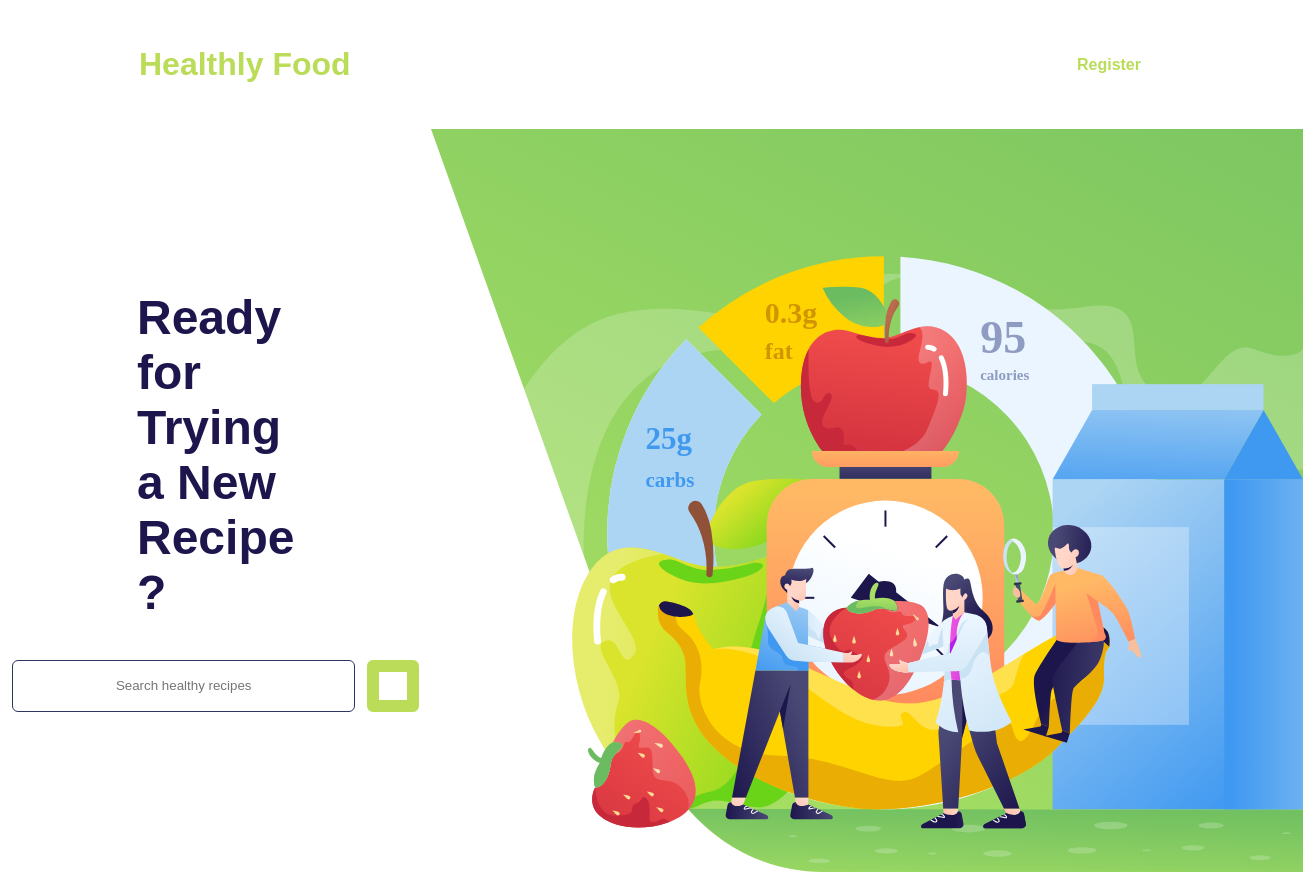
Repository: LuccaCasalecchi/HealthyFood
Page: /
An editor plug-in stored every save of this project. The page is shown before and after the next save, followed by the edit.
The browser window is 1280 px wide. The page is 1303 px wide, so the pictures cover 1303 px, including what lies to the right of the window. The pictures show the whole page.
The project was rebuilt for these pictures with package versions that can differ from the ones it lists, and the page was loaded fresh each time.

Above is the page before, as saved 2021-08-17 21:49:25.

### src/App.js
import React from 'react'
import LandingPage from './pages/LandingPage/LandingPage';

function App() {
  return (
    <div className="App">
      <LandingPage/>
    </div>
  );
}

export default App;

### src/pages/LandingPage/LandingPage.jsx
import React from "react";
import Header from "../../components/Header/Header";
import Illustration from "../../images/Illustration.svg";
import Input from "../../components/Input/Input";
import "./LandingPage.css";

export default function LandingPage() {
  return (
    <div className="components-container">
      <Header />
      <div className="search-recipes">
        <div className="subtitle">
          <h2>Ready for<br />Trying a New<br />Recipe ?</h2>
          <div className="input-container">
          <Input/>
          </div>
        </div>
        <img src={Illustration} alt="" />
      </div>
    </div>
  );
}

### src/components/Header/Header.jsx
import React from 'react'
import './Header.css'

export default function Header() {
  return (
    <div className="header-container">
        <a href="#" className="logo">Healthly Food</a>
        <a href="#" className="register">Register</a>
    </div>
  )
}

### src/components/Input/Input.jsx
import React from 'react'
import './Input.css'

export default function Input() {
  return (
    <div className="input-container">
      <input
      type="text"
      placeholder="Search healthy recipes"/>

      <button></button>
    </div>
  )
}

### src/pages/LandingPage/LandingPage.css
* {
  margin: 0;
  padding: 0;
  box-sizing: border-box;
  font-family: sans-serif;
}

.search-recipes {
  display: flex;
  justify-content: space-between;
  align-items: center;
}

.subtitle {
  display: flex;
  justify-content: center;
  align-items: center;
  flex-direction: column;
}

.subtitle h2 {
  font-size: 48px;
  color: #1d164d;
  text-align: left;
  padding: 0px 137px 40px;
}

### src/components/Header/Header.css
.header-container{
  display: flex;
  justify-content: space-between;
  align-items: center;
  padding: 46px 0;
}

.header-container a {
  text-decoration: none;
  color: #BADC58;
  font-weight: 700;
  padding: 0 139px;
}

.header-container .logo{
  font-size: 32px;

}

.header-container .register{
  font-size: 16px;

}

### src/components/Input/Input.css
.input-container{
  display: flex;
  justify-content: center;
  align-items: center;
  padding: 0px;
}

input{
  width: 343px;
  height: 52px;
  border-radius: 6px;
  border: 1px solid #2D3561;
  text-align: center;
}

button{
  width: 52px;
  height: 52px;
  background-color: white;
  border: 12px solid #BADC58;
  border-radius: 6px;
  padding: 0px 12px;
  margin-left: 12px;
}

Loaded but not shown: public/index.html (common file); src/index.js (common file)

After the next save:
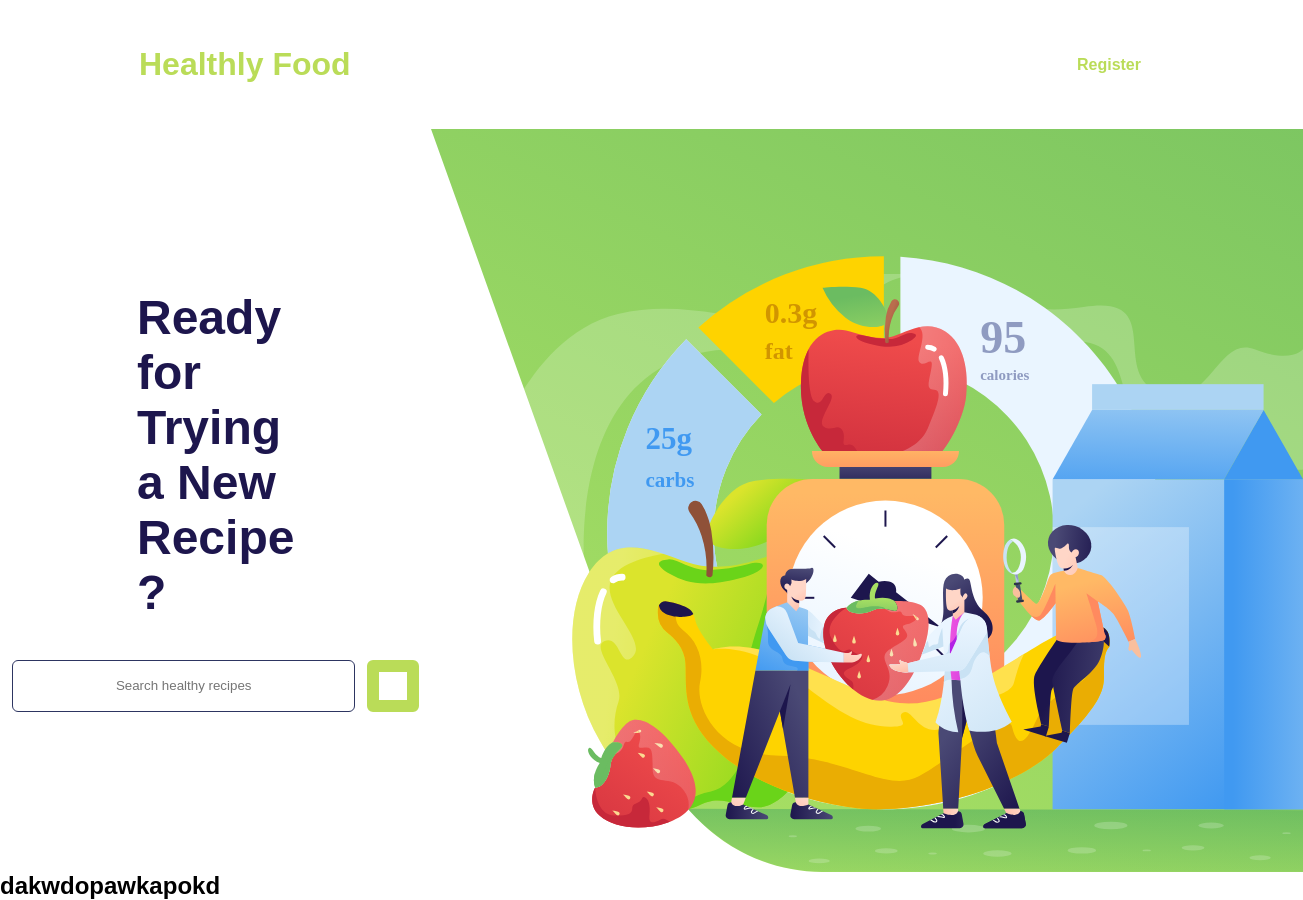
Saved 9 min 52 s later.
--- a/src/pages/LandingPage/LandingPage.jsx
+++ b/src/pages/LandingPage/LandingPage.jsx
@@ -17,6 +17,8 @@
         </div>
         <img src={Illustration} alt="" />
       </div>
+
+      <h2>dakwdopawkapokd</h2>
     </div>
   );
 }

After the save that followed:
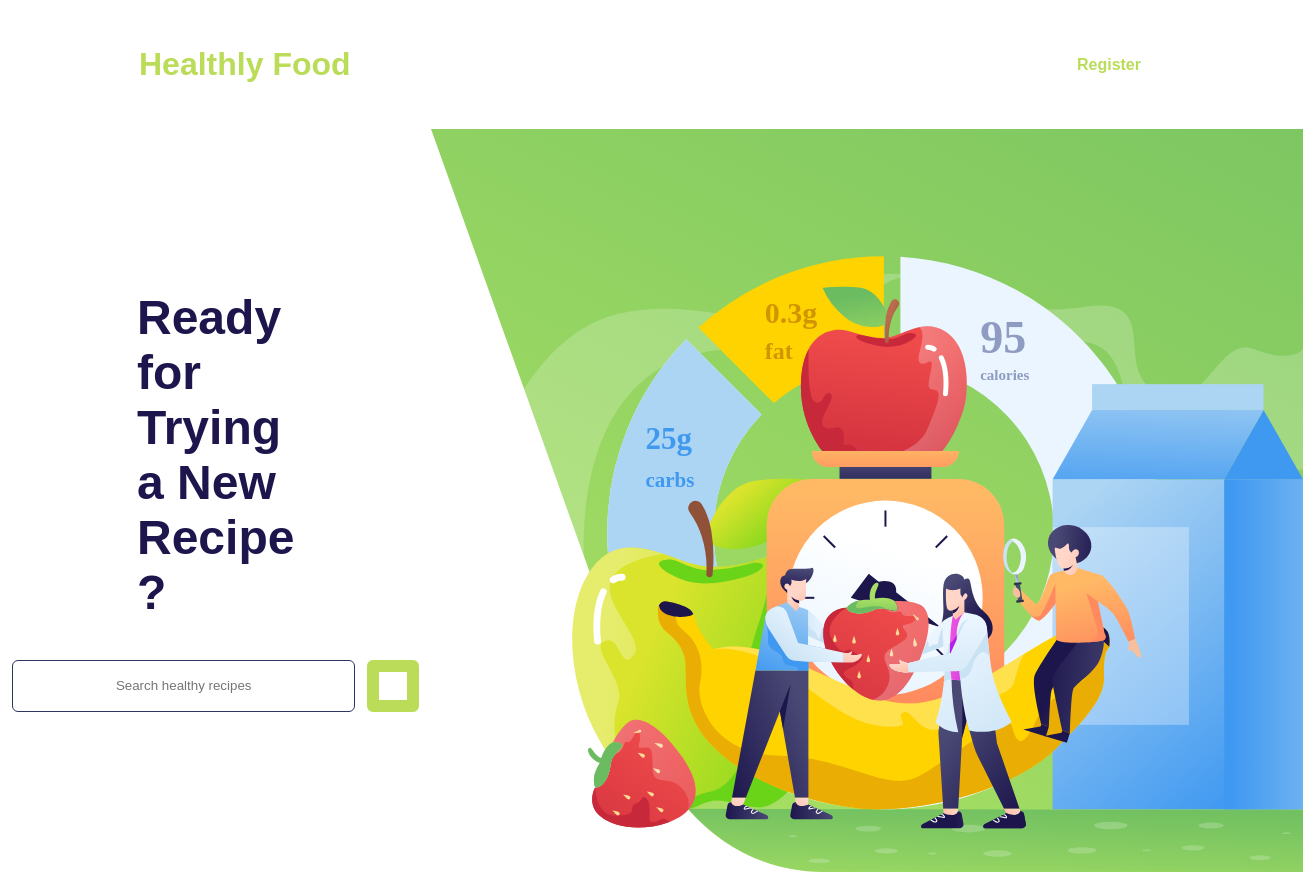
Saved 33 s later.
--- a/src/pages/LandingPage/LandingPage.jsx
+++ b/src/pages/LandingPage/LandingPage.jsx
@@ -6,7 +6,7 @@
 
 export default function LandingPage() {
   return (
-    <div className="components-container">
+    <>
       <Header />
       <div className="search-recipes">
         <div className="subtitle">
@@ -17,8 +17,6 @@
         </div>
         <img src={Illustration} alt="" />
       </div>
-
-      <h2>dakwdopawkapokd</h2>
-    </div>
+   </>
   );
 }
